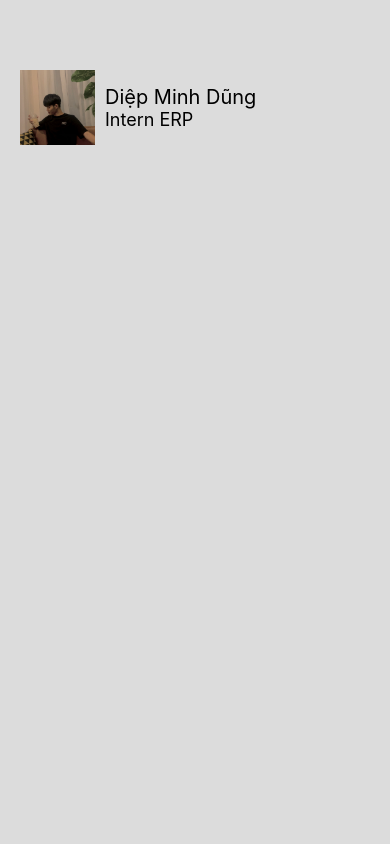
Repository: diepdung02/AppPTC
Screen: /Home
The author's editor kept a copy of each file at every save. The screen is drawn from the files as they stood at one save, then again after the next save.
The app was drawn by React Native's web renderer in a window 390 px wide. The project was rebuilt for these pictures with package versions that can differ from the ones it lists, and the page was loaded fresh each time.

Above is the screen before, as saved 2024-06-29 13:13:40.

### App.tsx
import React from 'react';
import 'react-native-gesture-handler';
import { NavigationContainer } from '@react-navigation/native';
import { createStackNavigator } from '@react-navigation/stack';
import { createMaterialTopTabNavigator } from '@react-navigation/material-top-tabs';
import { LoginScreen, HomeScreen } from './screen/index';
import COLORS from './constants/Color';


const Stack = createStackNavigator();
const Tab = createMaterialTopTabNavigator();



const App: React.FC = () => {
  return (
    <NavigationContainer>
      <Stack.Navigator initialRouteName="Login">
        <Stack.Screen name="Login" component={LoginScreen} options={{ headerShown: false }} />
        <Stack.Screen name="Home" component={HomeScreen} options={{ headerShown: false }} />
      </Stack.Navigator>
    </NavigationContainer>
  );
};

export default App;

### screen/index.tsx
import LoginScreen from './auth/LoginScreen';
import HomeScreen from './home/HomeScreen';

export{
    LoginScreen,
    HomeScreen

}

### screen/auth/LoginScreen.tsx
import React, { useState, useEffect } from 'react';
import { View, TextInput, StyleSheet, TouchableOpacity, Text, Image } from 'react-native';
import { FontAwesome, MaterialIcons } from '@expo/vector-icons';
import { Formik } from 'formik';
import * as Yup from 'yup';
import AsyncStorage from '@react-native-async-storage/async-storage';
import COLORS from '../../constants/Color';

type LoginProps = {
  navigation: any;
};

type FormValues = {
  username: string;
  password: string;
};

const LoginScreen: React.FC<LoginProps> = ({ navigation }) => {
  const [hidePassword, setHidePassword] = useState<boolean>(true);
  const [rememberPassword, setRememberPassword] = useState<boolean>(false);

  useEffect(() => {
    const checkRememberPassword = async () => {
      try {
        const savedPassword = await AsyncStorage.getItem('password');
        if (savedPassword) {
          setRememberPassword(true);
        }
      } catch (error) {
        console.error('Error reading password from AsyncStorage:', error);
      }
    };
    checkRememberPassword();
  }, []);

  const togglePasswordVisibility = () => {
    setHidePassword(!hidePassword);
  };

  const handleLogin = (values: FormValues) => {
    // Hiện thông báo đăng nhập thành công và điều hướng đến HomeScreen
    alert('Đăng nhập thành công!');
    navigation.navigate('Home');
  };

  const validationSchema = Yup.object({
    username: Yup.string().required('Chưa nhập tên đăng nhập'),
    password: Yup.string().required('Chưa nhập mật khẩu'),
  });

  return (
    <Formik
      initialValues={{
        username: 'dung',
        password: '123',
      }}
      validationSchema={validationSchema}
      onSubmit={(values) => handleLogin(values)}
    >
      {({ values, touched, errors, handleChange, handleSubmit, handleBlur }) => (
        <View style={styles.container}>
          <Image source={require('../../assets/logo.png')} style={styles.logo} />
          <View style={styles.inputContainer}>
            <FontAwesome name="user" size={20} color="black" />
            <TextInput
              style={styles.textInput}
              placeholder="Username"
              value={values.username}
              onChangeText={handleChange('username')}
              onBlur={handleBlur('username')}
            />
          </View>
          {touched.username && errors.username && (
            <Text style={styles.errorText}>{errors.username}</Text>
          )}

          <View style={styles.inputContainer}>
            <FontAwesome name="lock" size={20} color="black" />
            <TextInput
              style={styles.textInput}
              placeholder="Password"
              secureTextEntry={hidePassword}
              value={values.password}
              onChangeText={handleChange('password')}
              onBlur={handleBlur('password')}
            />
            <TouchableOpacity onPress={togglePasswordVisibility}>
              <MaterialIcons name={hidePassword ? 'visibility-off' : 'visibility'} size={20} color="black" />
            </TouchableOpacity>
          </View>
          {touched.password && errors.password && (
            <Text style={styles.errorText}>{errors.password}</Text>
          )}

          <TouchableOpacity style={styles.loginButton} onPress={handleSubmit as any}>
            <Text style={styles.buttonText}>Login</Text>
          </TouchableOpacity>
          <TouchableOpacity onPress={() => navigation.navigate('ForgotPassword')}>
            <Text style={styles.forgotPasswordText}>Forgot Password?</Text>
          </TouchableOpacity>
        </View>
      )}
    </Formik>
  );
};

const styles = StyleSheet.create({
  container: {
    flex: 1,
    backgroundColor: COLORS.colorMain,
    alignItems: 'center',
    justifyContent: 'center',
  },
  logo: {
    width: 150,
    height: 150,
    marginBottom: 50,
  },
  inputContainer: {
    flexDirection: 'row',
    alignItems: 'center',
    backgroundColor: '#FFFFFF',
    borderRadius: 5,
    width: '80%',
    marginBottom: 20,
    padding: 10,
  },
  textInput: {
    flex: 1,
    marginLeft: 10,
  },
  loginButton: {
    backgroundColor: COLORS.blue,
    width: '80%',
    padding: 15,
    borderRadius: 5,
    alignItems: 'center',
  },
  buttonText: {
    color: 'white',
    fontSize: 16,
  },
  forgotPasswordText: {
    color: '#005A8C',
    marginTop: 20,
  },
  errorText: {
    color: 'red',
    fontSize: 12,
    marginBottom: 20,
  },
});

export default LoginScreen;

### screen/home/HomeScreen.tsx
import { View, Text, Image, StyleSheet } from 'react-native'
import React from 'react'
import COLORS from '../../constants/Color'

const HomeScreen:React.FC = () => {
  return (
    <View style={styles.container}>
      <View style={styles.inforContainer}>
        <Image source={require("../../assets/avatar.jpg")} style={styles.avatar}></Image>
        <View style={styles.txtInfor}>
      <Text style={styles.txtName}>Diệp Minh Dũng</Text>
      <Text style={styles.txtDept}>Intern ERP</Text>
      </View>
      </View>
    </View>
  )
}

const styles = StyleSheet.create({
  container:{
    flex:1,
    backgroundColor:COLORS.colorMain,
  },
  avatar:{
    width:75,
    height:75,
    marginTop:70,
    marginLeft:20,
  },
  inforContainer:{
    flexDirection:"row",
    alignItems:"center"
  },
  txtInfor:{
    marginTop:70,
    paddingLeft:10,
  },
  txtName:{
    fontSize:20
  },
  txtDept:{
    fontSize:18
  }
})

export default HomeScreen

### constants/Color.tsx
const COLORS = {
    colorMain:"#DCDCDC",
    blue: "#09648C"

  };
  export default COLORS;

After the next save:
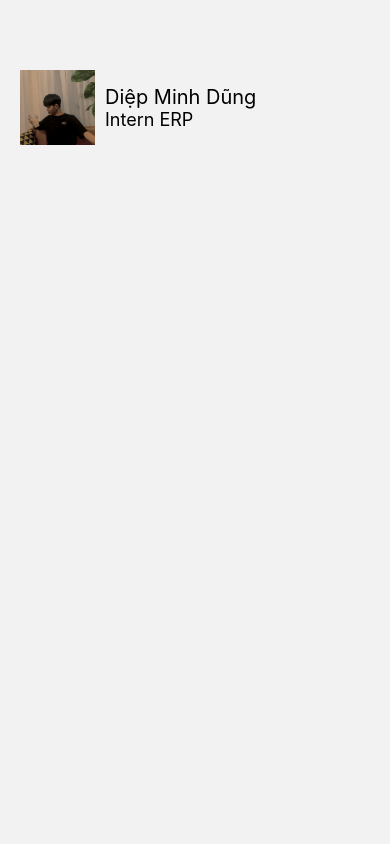
Saved 40 s later.
--- a/constants/Color.tsx
+++ b/constants/Color.tsx
@@ -1,5 +1,5 @@
 const COLORS = {
-    colorMain:"#DCDCDC",
+    colorMain:"#DCD1CDC",
     blue: "#09648C"
 
   };

After the 3 saves that followed:
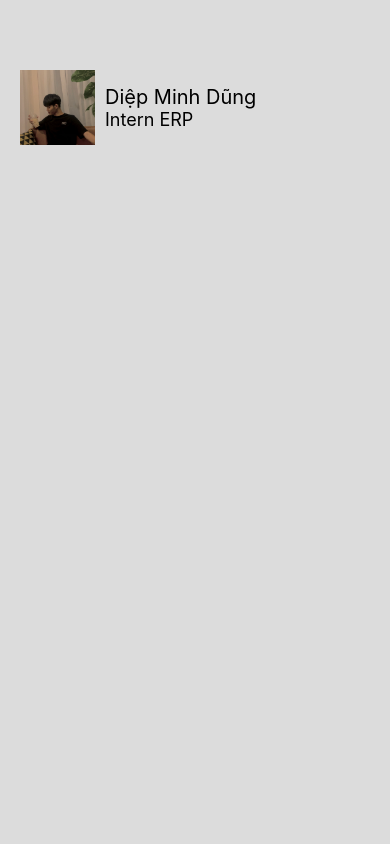
The 3 saves are shown as one change because they came seconds apart.
The last was saved 9 s later.
--- a/constants/Color.tsx
+++ b/constants/Color.tsx
@@ -1,5 +1,5 @@
 const COLORS = {
-    colorMain:"#DCD1CDC",
+    colorMain:"#DCDCDC",
     blue: "#09648C"
 
   };
